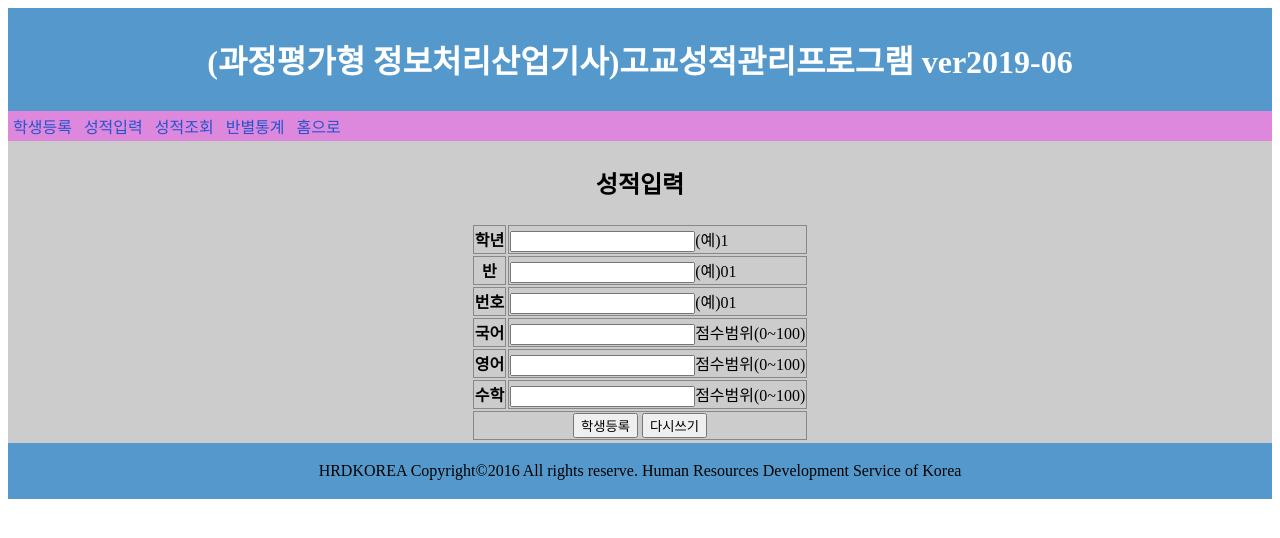
Repository: bolbbal/jdbc
Page: http://localhost/cbq_99/sub2.jsp
These files come from the project's save history. The page is drawn as it stood at one moment and after the next save; the edit follows.
The browser window is 1280 px wide. The pictures show the whole page.
The page is served by Tomcat 9.

Above is the page before, as saved 2024-08-26 07:54:21.

After the next save:
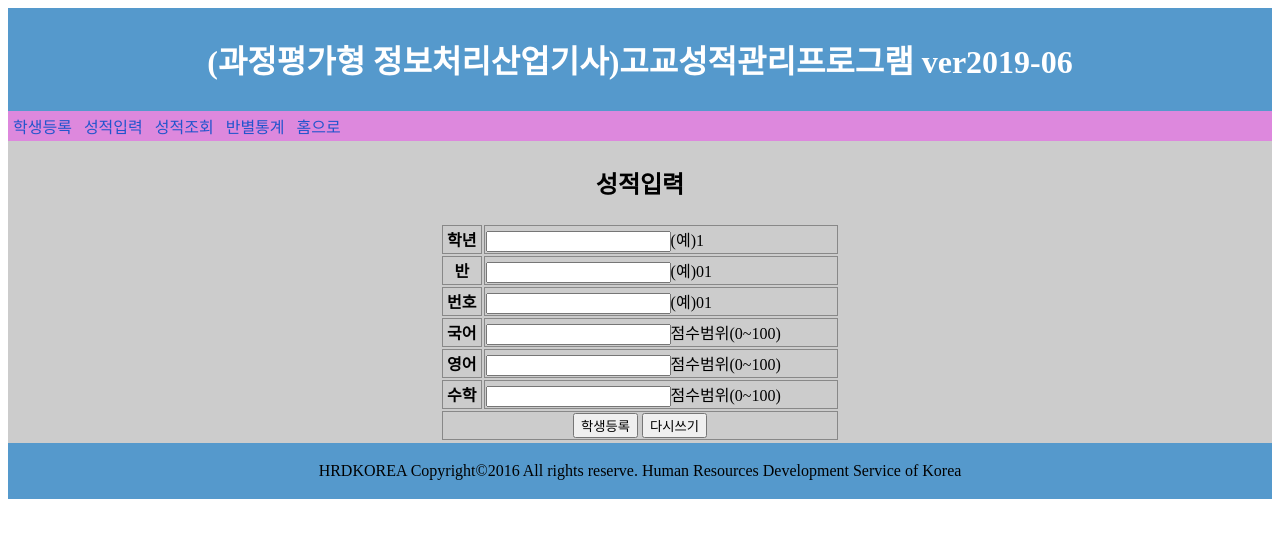
Saved 26 s later.
--- a/javastudy18/jspStudy/cbq_99/cbq_99/WebContent/sub2.jsp
+++ b/javastudy18/jspStudy/cbq_99/cbq_99/WebContent/sub2.jsp
@@ -61,6 +61,7 @@
 
 table {
 	margin: 0 auto;
+	width:400px;
 }
 </style>
 <script type="text/javascript">
